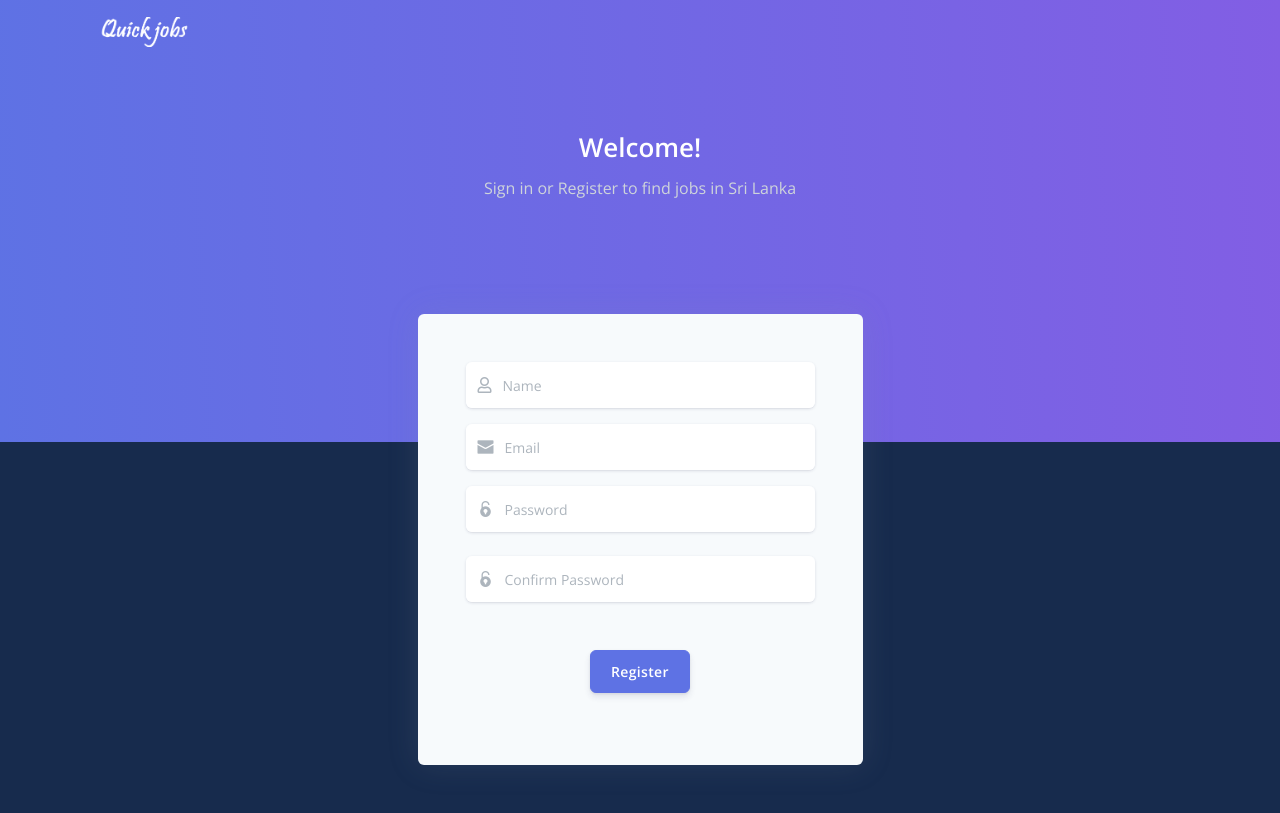
Repository: ROCKY-SAM/laravelAdmin
Page: http://localhost/register
An editor plug-in stored every save of this project. The page is shown before and after a run of saves, followed by the edit.
The browser window is 1280 px wide. The pictures show the whole page.
The page is served by the project's Laravel application, run on PHP 8.4 with Laravel 8. Other server files are loaded and not shown.

Above is the page before, as saved 2018-11-18 23:24:52.

### resources/views/auth/register.blade.php
<!DOCTYPE html>
<html lang="{{ str_replace('_', '-', app()->getLocale()) }}">
<head>
  <meta charset="utf-8">
  <!-- CSRF Token -->
  <meta name="csrf-token" content="{{ csrf_token() }}">
  <meta name="viewport" content="width=device-width, initial-scale=1, shrink-to-fit=no">
  <meta name="description" content="Start your development with a Dashboard for Bootstrap 4.">
  <meta name="author" content="Creative Tim">
  <title>{{ config('app.name', 'Quick Jobs') }}</title>
  <!-- Favicon -->
  <link href="{{URL::asset('img/brand/favicon.png')}}" rel="icon" type="image/png">
  <!-- Fonts -->
  <link href="https://fonts.googleapis.com/css?family=Open+Sans:300,400,600,700" rel="stylesheet">
  <!-- Icons -->
  <link href="{{URL::asset('vendor/nucleo/css/nucleo.css')}}" rel="stylesheet">
  <link href="{{URL::asset('vendor/@fortawesome/fontawesome-free/css/all.min.css')}}" rel="stylesheet">
  <!-- Argon CSS -->
  <link type="text/css" href="{{URL::asset('css/argon.css?v=1.0.0')}}" rel="stylesheet">
</head>

<body class="bg-default">
  <div class="main-content">
    <!-- Navbar -->
    <nav class="navbar navbar-top navbar-horizontal navbar-expand-md navbar-dark">
      <div class="container px-4">
        <a class="navbar-brand" href="../index.html">
          <img src="{{URL::asset('img/brand/white.png')}}" />
        </a>
        <button class="navbar-toggler" type="button" data-toggle="collapse" data-target="#navbar-collapse-main" aria-controls="navbarSupportedContent" aria-expanded="false" aria-label="Toggle navigation">
          <span class="navbar-toggler-icon"></span>
        </button>
        <div class="collapse navbar-collapse" id="navbar-collapse-main">
          <!-- Collapse header -->
          <div class="navbar-collapse-header d-md-none">
            <div class="row">
              <div class="col-6 collapse-brand">
                <a href="../index.html">
                  <img src="{{URL::asset('img/brand/blue.png')}}">
                </a>
              </div>
              <div class="col-6 collapse-close">
                <button type="button" class="navbar-toggler" data-toggle="collapse" data-target="#navbar-collapse-main" aria-controls="sidenav-main" aria-expanded="false" aria-label="Toggle sidenav">
                  <span></span>
                  <span></span>
                </button>
              </div>
            </div>
          </div>
          <!-- Navbar items -->

        </div>
      </div>
    </nav>
    <!-- Header -->
    <div class="header bg-gradient-primary py-7 py-lg-8">
      <div class="container">
        <div class="header-body text-center mb-7">
          <div class="row justify-content-center">
            <div class="col-lg-5 col-md-6">
              <h1 class="text-white">Welcome!</h1>
              <p class="text-lead text-light">Sign in or Register to find jobs in Sri Lanka</p>
            </div>
          </div>
        </div>
      </div>

    </div>
    <!-- Page content -->
    <div class="container mt--8 pb-5">
      <div class="row justify-content-center">
        <div class="col-lg-5 col-md-7">
          <div class="card bg-secondary shadow border-0">

            <div class="card-body px-lg-5 py-lg-5">
              <form role="form" method="POST" action="{{ route('register') }}">
                @csrf
                <div class="form-group mb-3">
                  <div class="input-group input-group-alternative">
                    <div class="input-group-prepend">
                      <span class="input-group-text"><i class="far fa-user"></i></span>
                    </div>
                    <input class="form-control" placeholder="{{ __('Name') }}" type="text" class="form-control{{ $errors->has('name') ? ' is-invalid' : '' }}" name="name" value="{{ old('name') }}" required autofocus>
                  </div>
                    @if ($errors->has('name'))
                            <strong>{{ $errors->first('name') }}</strong>
                    @endif
                </div>

                    <div class="form-group mb-3">
                        <div class="input-group input-group-alternative">
                          <div class="input-group-prepend">
                            <span class="input-group-text"><i class="ni ni-email-83"></i></span>
                          </div>
                          <input class="form-control" placeholder="{{ __('Email') }}" type="email" class="form-control{{ $errors->has('email') ? ' is-invalid' : '' }}" name="email" value="{{ old('email') }}" required>
                        </div>
                          @if ($errors->has('email'))
                                  <strong>{{ $errors->first('email') }}</strong>
                          @endif
                      </div>



                <div class="form-group">
                  <div class="input-group input-group-alternative">
                    <div class="input-group-prepend">
                      <span class="input-group-text"><i class="ni ni-lock-circle-open"></i></span>
                    </div>
                    <input  placeholder="{{ __('Password') }}" id="password" type="password" class="form-control{{ $errors->has('password') ? ' is-invalid' : '' }}" name="password" required>
                        @if ($errors->has('password'))
                            <strong>{{ $errors->first('password') }}</strong>
                        @endif
                  </div>
                </div>

                     <div class="form-group">
                        <div class="input-group input-group-alternative">
                          <div class="input-group-prepend">
                            <span class="input-group-text"><i class="ni ni-lock-circle-open"></i></span>
                          </div>
                          <input placeholder="{{ __('Confirm Password') }}"  id="password-confirm" type="password" class="form-control" name="password_confirmation" required>
                        </div>
                      </div>


                <div class="text-center">
                  <button type="submit" class="btn btn-primary my-4">{{ __('Register') }}</button>
                </div>
              </form>
            </div>
          </div>

        </div>
      </div>
    </div>
  </div>
  <!-- Footer -->

  <!-- Argon Scripts -->
  <!-- Core -->
  <script src="{{URL::asset('vendor/jquery/dist/jquery.min.js')}}"></script>
  <script src="{{URL::asset('vendor/bootstrap/dist/js/bootstrap.bundle.min.js')}}"></script>
  <!-- Argon JS -->
  <script src="{{URL::asset('js/argon.js?v=1.0.0')}}"></script>
</body>

</html>

Loaded but not shown: routes/web.php (common file); app/Http/Controllers/Auth/LoginController.php (common file); app/Http/Controllers/Controller.php (common file); app/Http/Controllers/Auth/RegisterController.php (common file); public/css/argon.css (library); public/js/argon.js (1063 lines, source omitted)

After the next 3 saves:
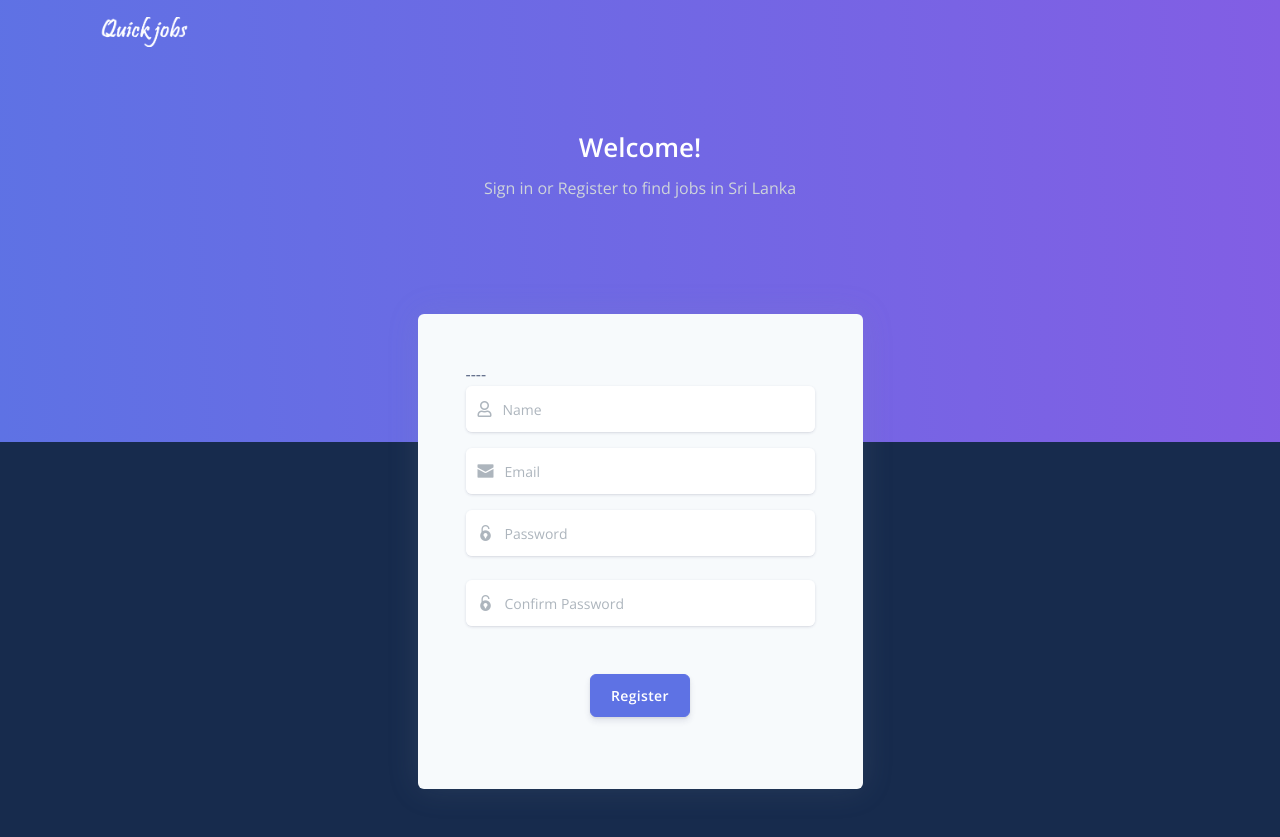
The 3 saves are shown as one change because they came seconds apart.
The last was saved 2 min 54 s later.
--- a/resources/views/auth/register.blade.php
+++ b/resources/views/auth/register.blade.php
@@ -73,6 +73,17 @@
           <div class="card bg-secondary shadow border-0">
 
             <div class="card-body px-lg-5 py-lg-5">
+----
+                @if ($errors->has('email'))
+                    <div class="alert alert-warning alert-dismissible fade show" role="alert">
+                      <span class="alert-inner--icon"><i class="fas fa-exclamation"></i></span>
+                      <span class="alert-inner--text">{{ $errors->first('email') }}</span>
+                      <button type="button" class="close" data-dismiss="alert" aria-label="Close">
+                          <span aria-hidden="true">&times;</span>
+                      </button>
+                    </div>
+                @endif
+
               <form role="form" method="POST" action="{{ route('register') }}">
                 @csrf
                 <div class="form-group mb-3">

After the save that followed:
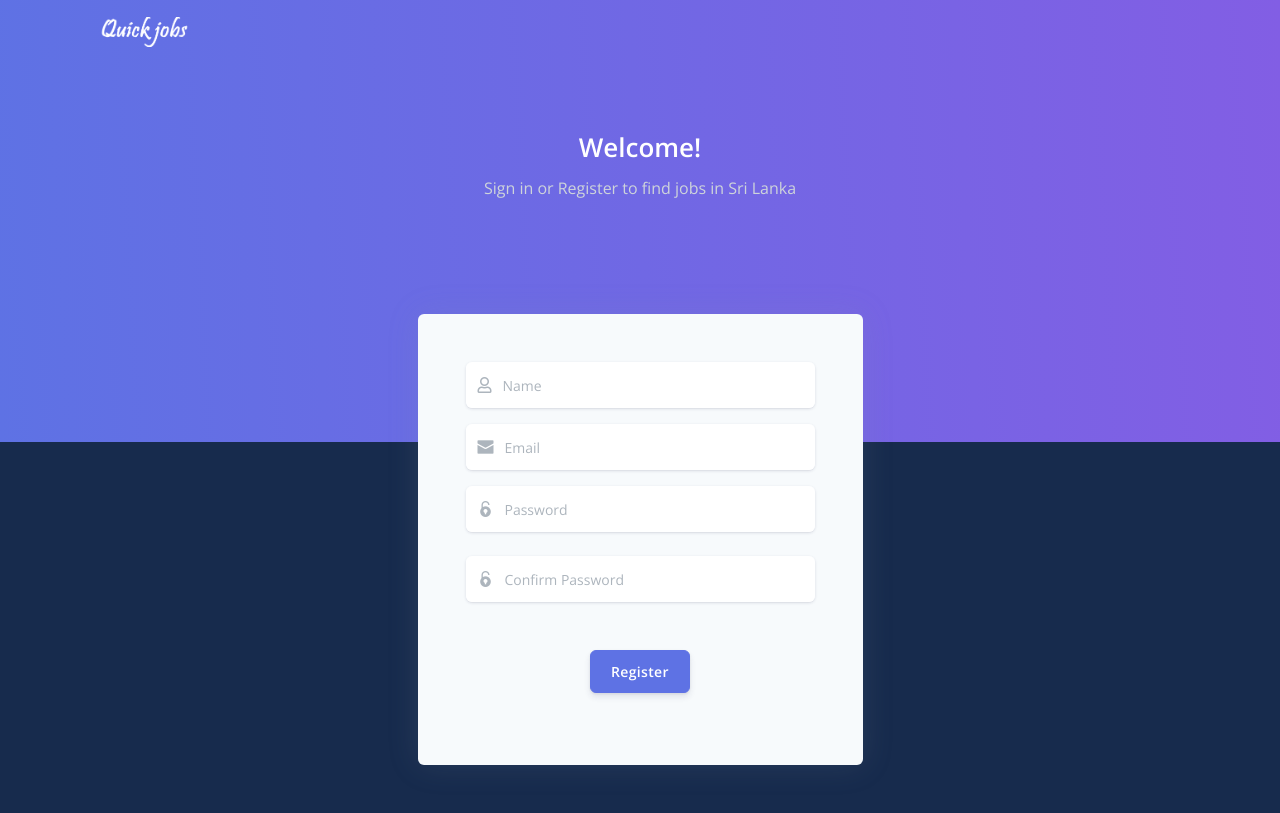
Saved 5 s later.
--- a/resources/views/auth/register.blade.php
+++ b/resources/views/auth/register.blade.php
@@ -73,7 +73,7 @@
           <div class="card bg-secondary shadow border-0">
 
             <div class="card-body px-lg-5 py-lg-5">
-----
+
                 @if ($errors->has('email'))
                     <div class="alert alert-warning alert-dismissible fade show" role="alert">
                       <span class="alert-inner--icon"><i class="fas fa-exclamation"></i></span>
